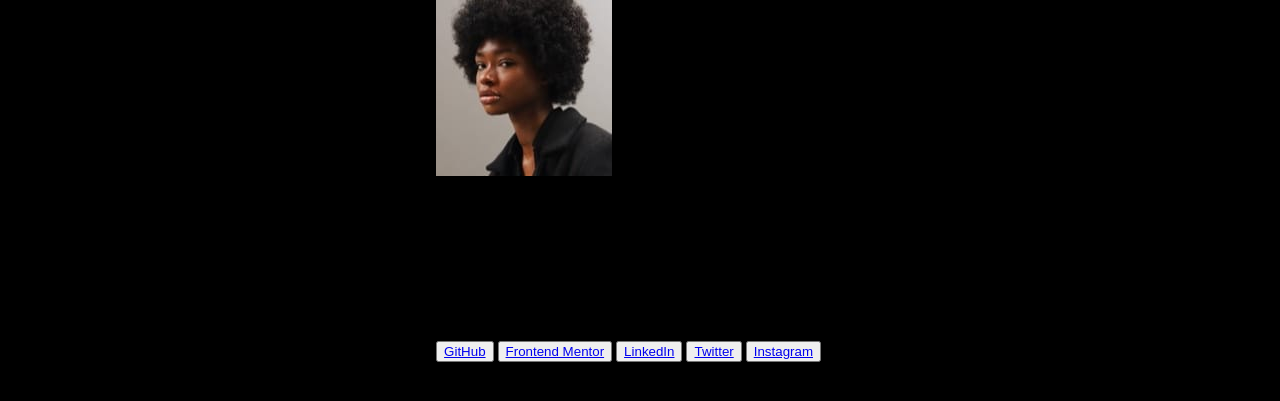
Repository: brandontaylor1/social-links-profile
Page: index.html
These files come from the project's save history. The page is drawn as it stood at one moment and after a run of saves; the edit follows.
The browser window is 1280 px wide. The pictures show the whole page.

Above is the page before, as saved 2024-12-25 17:03:27.

After the next 2 saves:
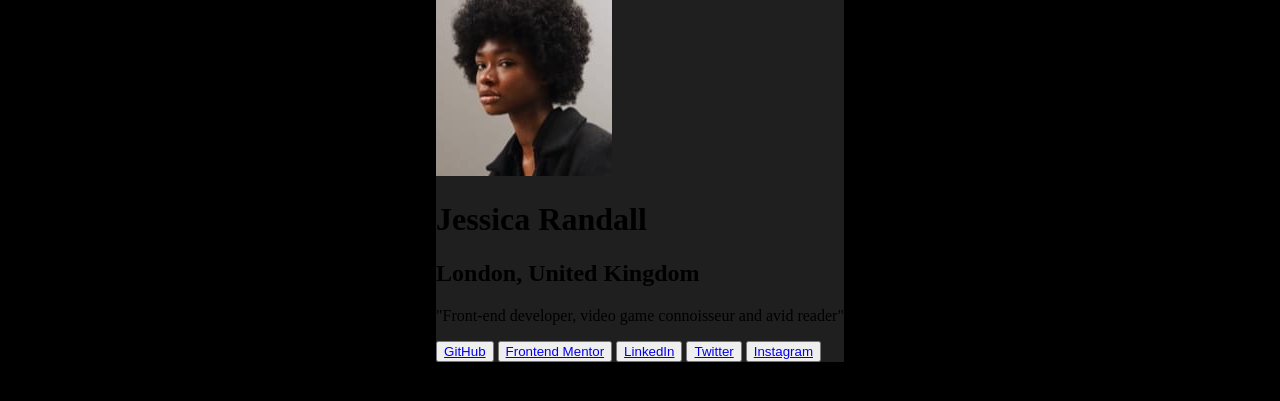
The 2 saves are shown as one change because they came seconds apart.
The last was saved 20 s later.
--- a/styles.css
+++ b/styles.css
@@ -22,6 +22,6 @@ body {
 }
 
 .container {
-    background-color: var();
+    background-color: var(--gray-800);
 
 }
